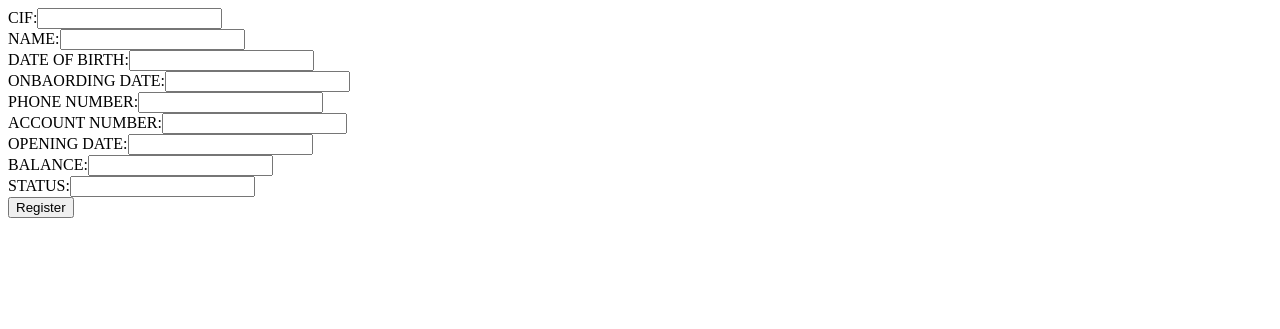
Repository: rajeshmalviya2011/MyRepo
Page: http://localhost/spring-boot/registration.jsp
An editor plug-in stored every save of this project. The page is shown before and after the next save, followed by the edit.
The browser window is 1280 px wide. The pictures show the whole page.
The page is served by Tomcat 9. Other server files are loaded and not shown.

Above is the page before, as saved 2020-08-07 10:34:57.

### spring-boot/src/main/webapp/registration.jsp
<%@ page language="java" contentType="text/html; charset=UTF-8"
    pageEncoding="UTF-8"%>
<!DOCTYPE html>
<html>
<head>
<meta charset="UTF-8">
<title>Insert title here</title>
</head>
<body>
	<form action="register">
		CIF:<input type="text" name="cif"><br>
		NAME:<input type="text" name="name"><br>
		DATE OF BIRTH:<input type="text" name="dob"><br>
		ONBAORDING DATE:<input type="text" name="onBoardingDate"><br>
		PHONE NUMBER:<input type="text" name="phone"><br>
		ACCOUNT NUMBER:<input type="text" name="accNo"><br>
		OPENING DATE:<input type="text" name="openingDate"><br>
		BALANCE:<input type="text" name="balance"><br>
		STATUS:<input type="text" name="status"><br>
		<input type="submit" value="Register">
	</form>
</body>
</html>

After the next save:
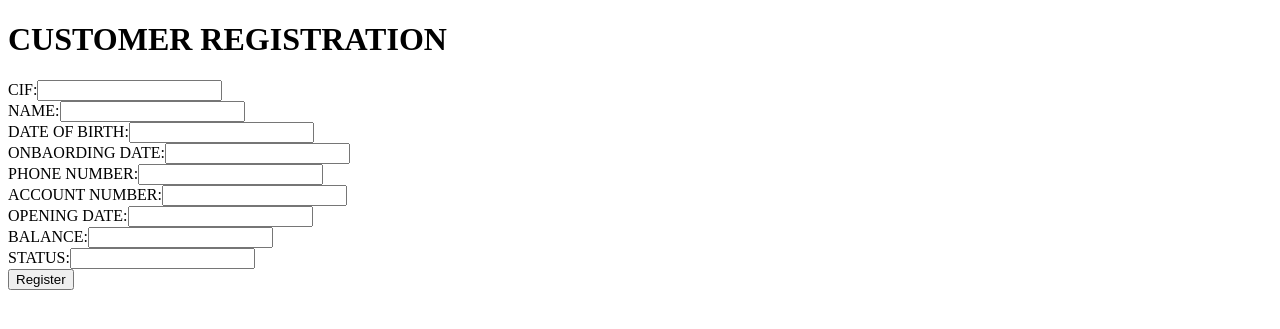
Saved 30 s later.
--- a/spring-boot/src/main/webapp/registration.jsp
+++ b/spring-boot/src/main/webapp/registration.jsp
@@ -7,6 +7,7 @@
 <title>Insert title here</title>
 </head>
 <body>
+	<h1>CUSTOMER REGISTRATION</h1>
 	<form action="register">
 		CIF:<input type="text" name="cif"><br>
 		NAME:<input type="text" name="name"><br>
